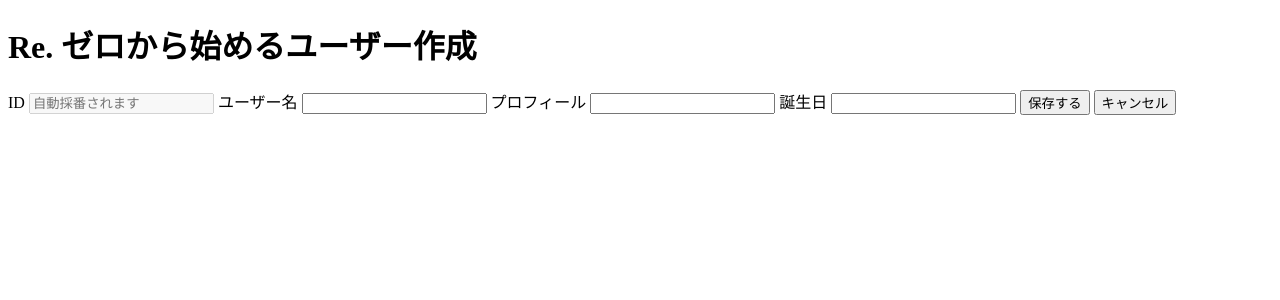
Repository: ShunsukeTanizaki/sqlite_api_lesson
Page: app/public/edit.html
The author's editor kept a copy of each file at every save. The page is drawn from the files as they stood at one save, then again after the next save.
The browser window is 1280 px wide. The pictures show the whole page.

Above is the page before, as saved 2021-02-06 11:31:57.

After the next save:
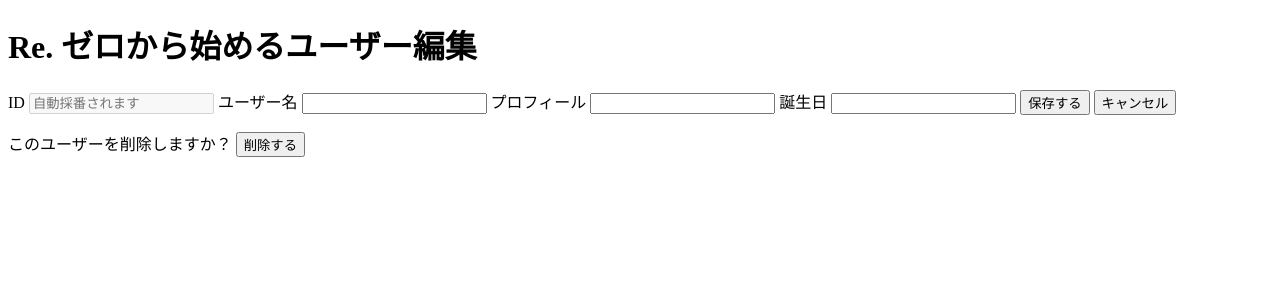
Saved 101 s later.
--- a/app/public/edit.html
+++ b/app/public/edit.html
@@ -11,7 +11,7 @@
 </head>
 <body>
     <main>
-        <h1>Re. ゼロから始めるユーザー作成</h1>
+        <h1>Re. ゼロから始めるユーザー編集</h1>
         <label for="uid">ID</label>
         <input type="text" id="uid" placeholder="自動採番されます" disabled />
         <label for="name">ユーザー名</label>
@@ -23,6 +23,11 @@
 
         <button id="save-btn">保存する</button>
         <button id="cancel-btn">キャンセル</button>
+
+        <p>
+            このユーザーを削除しますか？
+            <button id="delete-btn">削除する</button>
+        </p>
     </main>
 </body>
 </html>
